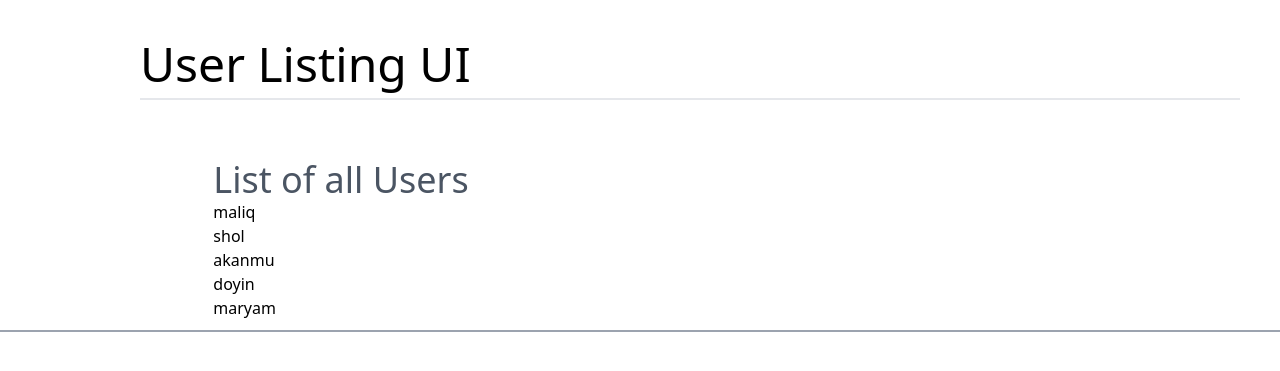
Repository: Marlstergo/listings
Page: / (app in client/)
These files come from the project's save history. The page is drawn as it stood at one moment and after the next save; the edit follows.
The browser window is 1280 px wide. The pictures show the whole page.
The project was rebuilt for these pictures with package versions that can differ from the ones it lists, and the page was loaded fresh each time. Also part of the build but not shown: client/craco.config.js, client/src/components/Loader.js, client/src/components/Order.js, client/src/components/Modal.js. Imported but missing from the stored project, and not drawn on this page: client/src/components/Base, client/src/components/Toppings.

Above is the page before, as saved 2021-07-20 23:06:42.

After the next save:
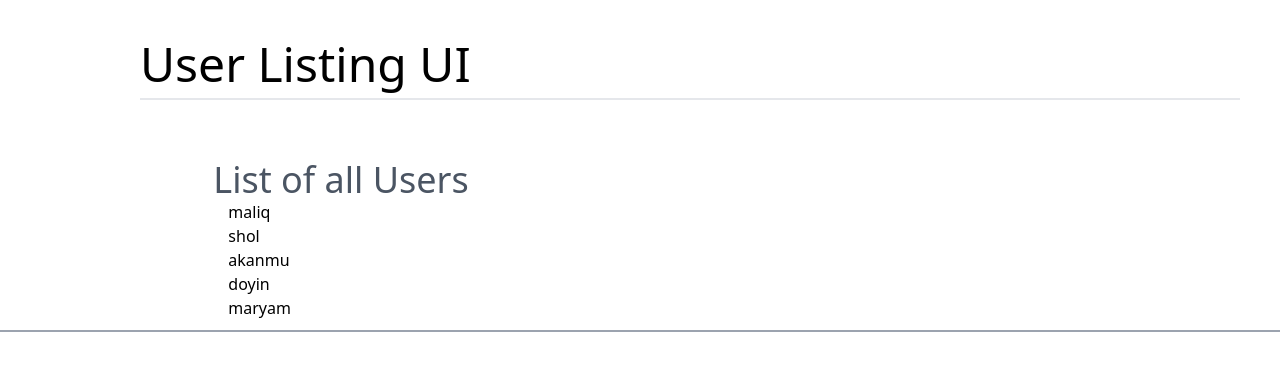
Saved 2 min 54 s later.
--- a/client/src/components/Home.js
+++ b/client/src/components/Home.js
@@ -40,7 +40,7 @@ const Home = () => {
     >
       <div className="w-2/3 ">
         <h1 className="text-gray-600 text-4xl">List of all Users</h1>
-        <ul>
+        <ul className="pl-[15px]">
           {users.map(
             (user , idx) => (
               <li key={idx}>{user}</li>
